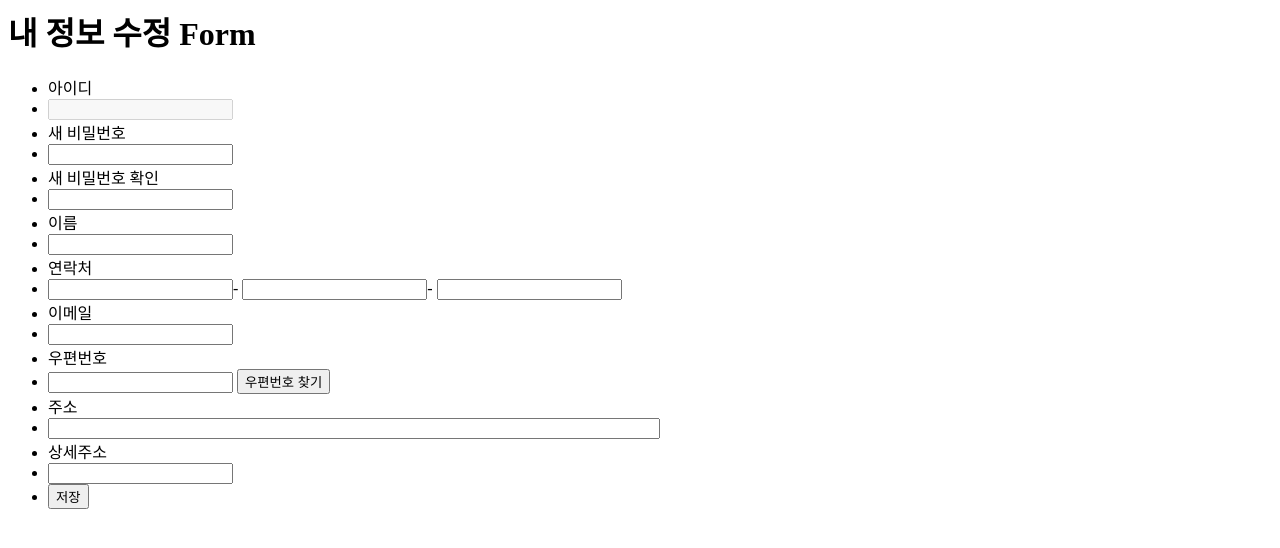
Repository: smg1024/StudySpring
Page: http://localhost/webSpringTest/WEB-INF/views/member/myAccount.jsp
The author's editor kept a copy of each file at every save. The page is drawn from the files as they stood at one save, then again after the next save.
The browser window is 1280 px wide. The pictures show the whole page.
The page is served by Tomcat 9. Nobody is signed in. The template is opened directly, without the code that normally fills it, so the values that code supplies are empty.

Above is the page before, as saved 2022-12-12 11:16:38.

After the next save:
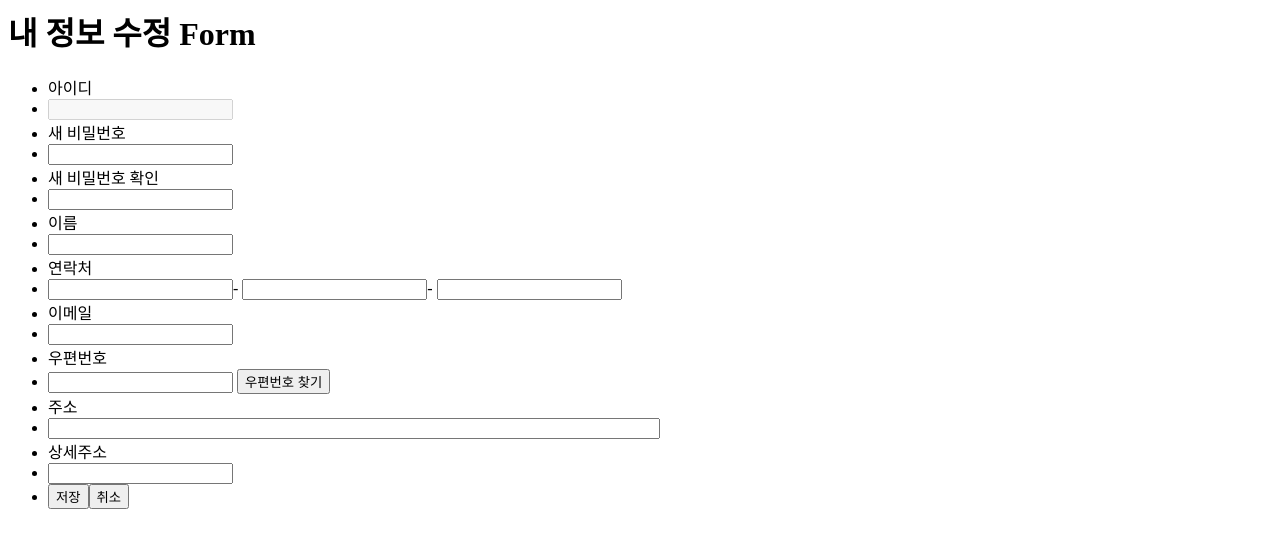
Saved 5 min 4 s later.
--- a/webSpringTest/src/main/webapp/WEB-INF/views/member/myAccount.jsp
+++ b/webSpringTest/src/main/webapp/WEB-INF/views/member/myAccount.jsp
@@ -32,7 +32,7 @@
 			<li><input type="text" name="addr" id="addr" style="width:50%" value="${ vo.addr }"></li>
 			<li>상세주소</li>
 			<li><input type="text" name="detailaddr" id="detailaddr" value="${ vo.detailaddr }"></li>
-			<li><input type="submit" value="저장"></li>
+			<li><input type="submit" value="저장"><input type="button" value="취소" onclick="history.back()"></li>
 		</ul>
 	</form>
 </div>
